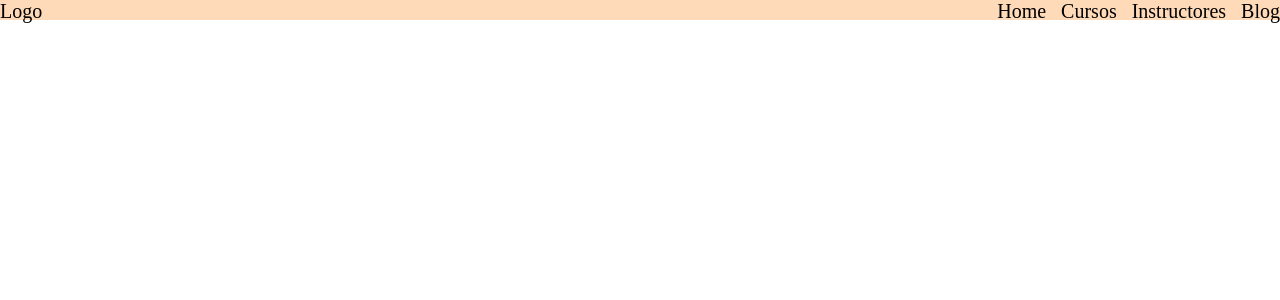
Repository: Daniel009980/daniel0099980
Page: desafiolayout1/index.html
The author's editor kept a copy of each file at every save. The page is drawn from the files as they stood at one save, then again after the next save.
The browser window is 1280 px wide. The pictures show the whole page.

Above is the page before, as saved 2022-09-21 05:47:00.

### desafiolayout1/index.html
<!DOCTYPE html>
<html lang="en">
<head>
    <meta charset="UTF-8">
    <meta http-equiv="X-UA-Compatible" content="IE=edge">
    <meta name="viewport" content="width=device-width, initial-scale=1.0">
    <title>Desafio layout 1</title>
    <link rel="stylesheet" href="./style.css">
</head>
<body>
    <header class="cabeza">

    <p>Logo</p>
        <ul class="nav">

            <li>Home</li>
            <li>Cursos</li>
            <li>Instructores</li>
            <li>Blog</li>
        </ul>
    </header>
</body>
</html>

### desafiolayout1/style.css
*{
    box-sizing: border-box;
    margin: 0;
    padding: 0;
}

.nav li{
    display: inline-block;
    padding-left: 10px;
}

p{
    display: inline-block;
    font-size: 20px;
    position: absolute;
}

.cabeza{
    background-color: peachpuff;
    height: 20px;
}
.nav {
    list-style: none;
    font-size: 20px;
    text-align: right;
}

After the next save:
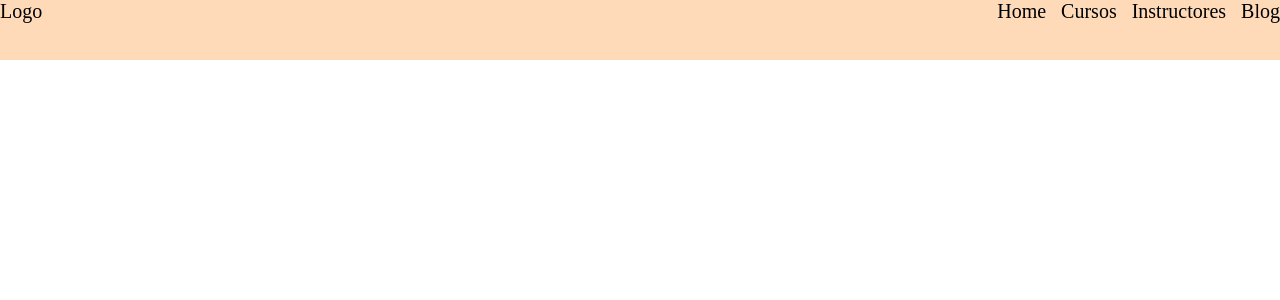
Saved 26 s later.
--- a/desafiolayout1/style.css
+++ b/desafiolayout1/style.css
@@ -17,7 +17,7 @@ p{
 
 .cabeza{
     background-color: peachpuff;
-    height: 20px;
+    height: 60px;
 }
 .nav {
     list-style: none;
